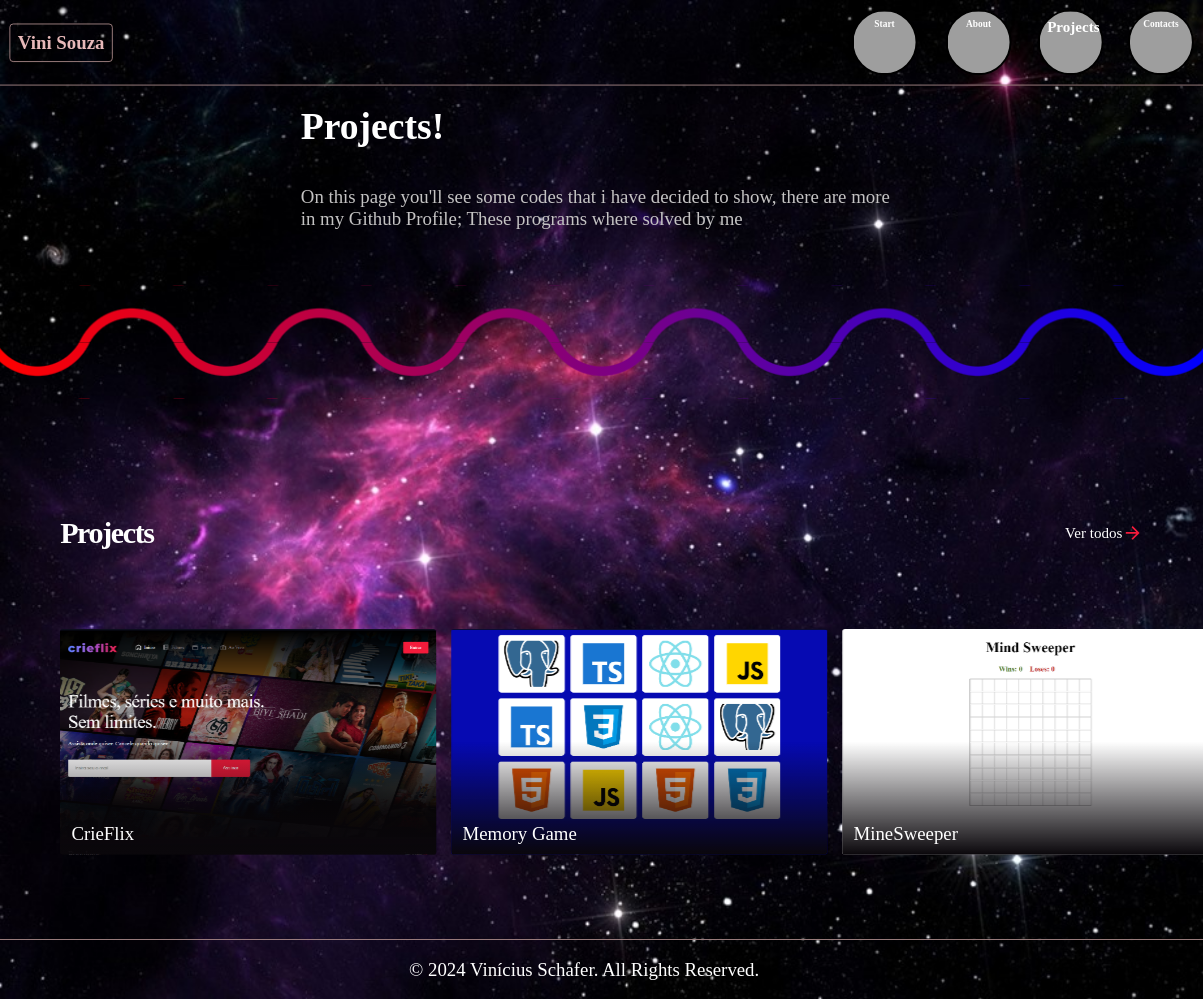
Repository: ViniSouza32/ViniSouza32.github.io
Page: ProjectsScreen/index.html
These files come from the project's save history. The page is drawn as it stood at one moment and after a run of saves; the edit follows.
The browser window is 1280 px wide. The pictures show the whole page, at 94% of full size.
Pictures or frames that could not be fetched are drawn as grey boxes.

Above is the page before, as saved 2024-08-26 01:18:17.

### ProjectsScreen/index.html
<!DOCTYPE html>
<html lang="pt-BR">
  <head>
    <meta charset="UTF-8" />
    <meta name="viewport" content="width=device-width, initial-scale=1.0" />
    <title>Projects</title>

    <link href="../styles.css" rel="stylesheet" />
    <link href="./styles.css" rel="stylesheet" />
    <link rel="stylesheet" href="componentes/cover.css">
    <link rel="stylesheet" href="componentes/slider.css">

    <link rel="icon" type="image/x-icon" href="../assets/imgs/favicon.jpg">
    <link href="https://fonts.googleapis.com/icon?family=Material+Icons" rel="stylesheet"/>
  </head>
  <body>
    <div class="header">
      <a href="index.html" class="name">Vini Souza</a>

      <ul class="list">
        <a href="../index.html" style="font-size: 10px;  padding-left: 7px">
          <li class="mercury planet">Start</li>
        </a>
        <a href="../aboutScreen/index.html" style="font-size: 10px; padding-left: 10px">
          <li class="mars planet">About</li>
        </a>
        <a
          href="./index.html"
          style="padding-left: 8px"
        >
          <li class="earth planet">Projects</li>
        </a>
        <a
          href="../contatsScreen/index.html"
          style="font-size: 10px; padding-left: 6px"
        >
          <li class="jupiter planet">Contacts</li>
        </a>
      </ul>
      <div class="menu-icon" onclick="toggleMenu()">
        <div class="bar"></div>
        <div class="bar"></div>
        <div class="bar"></div>
      </div>

    </div>

    <div class="desc">
      <h3 class="desc-title">Projects!</h3>

      <p class="desc-text">
        On this page you'll see some codes that i have decided to show,
        there are more in my Github Profile; These programs where solved by me
      </p>
    </div>
    <div class="box"></div>

    <section class="slider">
      <div class="slider__header">
          <h4 class="slider__title">Projects</h4>
            <a class="slider__more" href="seeMore.html">
              <span>Ver todos</span>
              <svg width="22" height="22" viewBox="0 0 22 22" xmlns="http://www.w3.org/2000/svg">
                <path d="M3.66536 11.9154L14.8212 11.9154L9.69703 17.0395L10.9987 18.332L18.332 10.9987L10.9987 3.66536L9.7062 4.95786L14.8212 10.082L3.66536 10.082L3.66536 11.9154Z" />
              </svg>
            </a>
      </div>
      <div class="slider__track">
          <div class="cover cover--large">
            <img class="cover__image" src="../assets/imgs/crieFlix.png" alt="CrieFlix">
            <span class="cover__title">CrieFlix</span>
          </div>
          <div class="cover cover--large">
            <img class="cover__image" src="../assets/imgs/jogoMemoria.png" alt="Memory Game">
            <span class="cover__title">Memory Game</span>
          </div>
          <div class="cover cover--large">
            <img class="cover__image" src="../assets/imgs/mindSweeper.png" alt="MineSweeper">
            <span class="cover__title">MineSweeper</span>
          </div>
          <div class="cover cover--large">
            <img class="cover__image" src="../assets/imgs/sistemaDoacoes.png" alt="Donation System">
            <span class="cover__title">Donation System</span>
          </div>
        </section>

    <div id="footer"></div>
  </body>
  <script src="../scripts/hamburgerMenu.js"></script>
  <script src="../scripts/footerGen.js"></script>
</html>

### styles.css
body {
  background-image: url("./assets/imgs/galaxyBack1024x768.jpg");
  background-color: #000;
  background-size: cover;
  margin: 0;
  padding: 0;
}

.header {
  display: flex;
  align-items: center;
  justify-content: space-between;
  color: #fff;
  border-bottom: 1px solid #a08282;
  font-size: 20px;
  font-weight: bold;
  padding: 10px;
}

.padl {
  padding-left: 45.1%;
}

.name {
  text-decoration: none;
  color: #e7b9b9;
  border: 1px solid #a08282;
  border-radius: 4px;
  padding: 8px;
  cursor: default;
}

.selected {
  background-color: #555;
}

.list {
  list-style: none;
  display: flex;
  margin: 0;
  padding: 0;
  justify-content: space-around;
}

.list li {
  margin: 0;
  padding: 8px;
  text-align: center;
}

.mercury {
  background: url(https://www.solarsystemscope.com/images/textures/full/2k_makemake_fictional.jpg);
  background-size: cover;
  border-radius: 50%;
  border: 2px solid #000;
  width: 50px;
  height: 50px;
  margin: 10px;
  animation: movimiento 10s linear 0s infinite;
  cursor: pointer;
}

.mars {
  background: url(https://s3-us-west-2.amazonaws.com/s.cdpn.io/217233/mars_texture.jpg);
  background-size: cover;
  border-radius: 50%;
  border: 2px solid #000;
  width: 50px;
  height: 50px;
  margin: 10px;
  animation: movimiento 10s linear 0s infinite;
  cursor: pointer;
}

.earth {
  background: url(https://cdn.rawgit.com/ManzDev/cursos-assets/gh-pages/css3/earth-2.jpg);
  background-size: cover;
  border-radius: 50%;
  border: 2px solid #000;
  width: 50px;
  height: 50px;
  margin: 10px;
  animation: movimiento 10s linear 0s infinite;
  cursor: pointer;
}

.jupiter {
  background: url(https://www.jpl.nasa.gov/spaceimages/images/largesize/PIA07782_hires.jpg);
  background-size: cover;
  border-radius: 50%;
  border: 2px solid #000;
  width: 50px;
  height: 50px;
  margin: 10px;
  animation: movimiento 10s linear 0s infinite;
  cursor: pointer;
}

@keyframes movimiento {
  0% {
    background-position: 0 0;
  }
  100% {
    background-position: 355px 0;
  }
}

.list {
  list-style: none;
  display: flex;
  margin: 0;
  padding: 0;
  list-style: none;
}

.list li {
  margin-left: 20px;
  padding: 8px;
}

.list a {
  text-decoration: none;
  color: #fff;
  font-size: 16px;
  font-weight: 600;
  cursor: default;
}

.list li:hover {
  background-color: #807d7d;
}

.sub-text {
  color: #c7c7c77a;
}

.text-link {
  color: #a8aafd;
  text-decoration: none;
  padding-left: 25%;
}

.name-body {
  display: flex;
  color: #fff;
  font-size: 20px;
  padding-top: 1%;
  justify-content: center;
}

.image {
  padding-left: 35%;
  max-height: 555px;
  max-width: 1000px;
}

.text {
  color: #fff;
  font-size: 20px;
  margin-top: 20px;
  margin-left: 25%;
  margin-right: 25%;
  text-decoration: none;
}

.email {
  display: inline-flex;
  align-items: center;
  justify-content: center;
  background-color: #0000006b;
  border: 2px solid #a08282;
  border-radius: 8px;
  padding: 2px 4px;
}

.box {
  --size: 50px;
  --b: 10px;
  --p: 25px;
  --R: calc(55.9px + var(--b) / 2);

  --_g: #0000 calc(99% - var(--b)), #000 calc(101% - var(--b)) 99%, #0000 101%;
  -webkit-mask: radial-gradient(
        var(--R) at left 50% bottom calc(-1 * var(--p)),
        var(--_g)
      )
      calc(50% - 2 * var(--size)) calc(50% - var(--size) / 2 - var(--b) / 2) /
      calc(4 * var(--size)) calc(var(--size) + var(--b)) repeat-x,
    radial-gradient(var(--R) at left 50% top calc(-1 * var(--p)), var(--_g)) 50%
      calc(50% + var(--size) / 2 + var(--b) / 2) / calc(4 * var(--size))
      calc(var(--size) + var(--b)) repeat-x;
  background: linear-gradient(90deg, red, blue);
  height: 200px;
}

.container-projects {
  border: 1px solid #fff;
  border-radius: 8px;
  background-color: #0000004f;
  width: 50%;
  margin-left: 25%;
  margin-bottom: 12px;
}

.conteiner-text {
  color: #fff;
  font-size: 20px;
  padding-left: 1%;
  padding-right: 1%;
}

.footer {
  display: flex;
  align-content: center ;
  border-top: 1px solid #a08282;
  color: #fff;
}

.text_footer {
  color: #fff;
  font-size: 20px;
  margin-left: 34%;
  text-decoration: none;
}

.link {
  color: #fff;
  font-size: 20px;
  text-decoration: none;
}

.links {
  color: #fff;
  text-decoration: none;
  padding-left: 10px;
}

.container-links {
  padding-left: 24%;
}

.menu-icon {
  display: none;
  cursor: pointer;
  margin-right: 15px;
}

.bar {
  width: 25px;
  height: 3px;
  background-color: #fff;
  margin: 6px 0;
  transition: 0.4s;
}

@media only screen and (max-width: 600px) {
  .list {
    display: none;
  }

  .menu-icon {
    display: block;
  }

  .container-links {
    display: flex;
    padding-left: 5%;
  }

  .list {
    display: none;
    flex-direction: column;
    position: absolute;
    top: 60px;
    right: 0;
    background-color: #333;
    padding: 10px;
    border-bottom-left-radius: 8px;
    border-bottom-right-radius: 8px;
  }

  .list li {
    margin: 5px 0;
  }

  .name-body,
  .image,
  .text,
  .container-projects,
  .footer-links {
    margin-left: 5%;
    margin-right: 5%;
  }

  .padl {
    padding-left: 5%;
  }

  .image {
    padding-left: 0;
    max-width: 100%;
  }

  .container-projects {
    width: 90%;
  }

  .list.show {
    display: flex;
  }

  .footer {
    display: none;
  }

  .desc-text {
    display: nonw;
  }

  .list li {
    margin: 10px 0;
  }
}

### ProjectsScreen/styles.css
.desc-text {
  color: #c4c3c3;
  font-size: 20px;
  margin-top: 20px;
  margin-left: 25%;
  margin-right: 25%;
  text-decoration: none;
}

.desc-title {
  color: #fff;
  font-size: 40px;
  margin-top: 20px;
  margin-left: 25%;
  margin-right: 25%;
  text-decoration: none;
}

.image-projects {
  width: 50%;
  padding-left: 25%;
  padding-top: 12px;
}

### ProjectsScreen/componentes/cover.css
.cover {
  width: 215px;
  height: 290px;
  border-radius: 3px;
  position: relative;
  background-image: linear-gradient(180deg, rgba(10, 7, 11, 0) 50%, #0A070B 100%);
  display: flex;
  align-items: flex-end;
  flex-shrink: 0;
  overflow: hidden;
}

.cover--large {
  width: 400px;
  height: 240px;
}

.cover__image {
  width: 100%;
  height: 100%;
  object-fit: cover;
  position: absolute;
  top: 0;
  left: 0;
  z-index: -1;
}

.cover__title {
  color: #ffffff;
  font-size: 20px;
  line-height: 30px;
  padding: 8px 12px;
}

@media (max-width: 480px) {
  .cover {
    width: 100px;
    height: 135px;
  }

  .cover--large {
    width: 275px;
    height: 165px;
  }

  .cover__title {
    font-size: 11px;
    line-height: 12px;
    padding: 4px;
  }
}

### ProjectsScreen/componentes/slider.css
.slider {
  margin: 40px 0 90px 0;
}

.slider__header {
  display: flex;
  justify-content: space-between;
  align-items: center;
  padding: 0 64px;
  margin-bottom: 40px;
}

.slider__title {
  color: #ffffff;
  font-size: 32px;
  line-height: 40px;
  letter-spacing: -1.5px;
}

.slider__more {
  color: #ffffff;
  font-size: 16px;
  line-height: 20px;
  text-decoration: none;
  display: flex;
  align-items: center;
}

.slider__more svg {
  fill: #F41B3B;
}

.slider__track {
  display: flex;
  overflow: scroll hidden;
  padding:0 56px;
  scrollbar-width: none;
}

.slider__track::-webkit-scrollbar {
  display: none;
}

.slider__track .cover {
  margin:0 8px;
}

@media (max-width : 480px) {
  .slider {
    margin: 32px 0;
  }

  .slider__header {
    padding: 0 24px;
    margin-bottom: 12px;
  }
  .slider__title {
    font-size: 20px;
    line-height: 32px;
  }

  .slider__more {
    font-size: 14px;
  }

  .slider__more svg {
    width: 14px;
    height: 14px;
  }

  .slider__track {
    padding:0 18px;
  }

  .slider__track .cover {
    margin: 0 6px;
  }
}

### scripts/hamburgerMenu.js
function toggleMenu() {
  let menuList = document.querySelector('.list');
  menuList.classList.toggle('show');
}

### scripts/footerGen.js
document.addEventListener("DOMContentLoaded", function () {
  let footerContent =
    '<div class="footer">' +
      '<p class="text_footer"> &copy; 2024 <a class="link" target="_blank" href="https://twitter.com/vinisouza32"> Vinícius Schafer</a>. All Rights Reserved.</p>'
    '</div>';

  let footer = document.getElementById("footer");

  footer.innerHTML = footerContent;
});

After the next 4 saves:
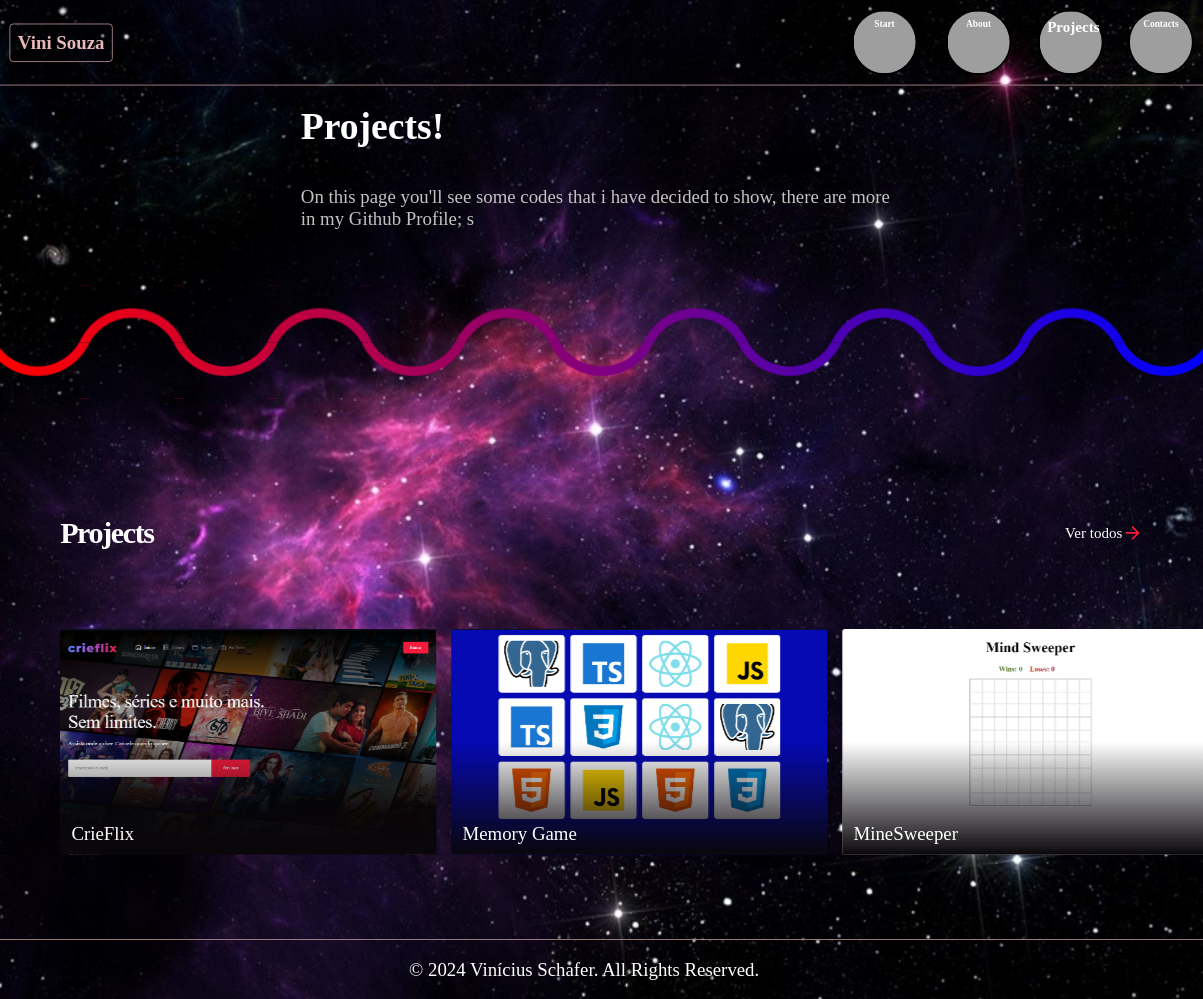
The 4 saves are shown as one change because they came seconds apart.
The last was saved 16 s later.
--- a/ProjectsScreen/index.html
+++ b/ProjectsScreen/index.html
@@ -50,7 +50,7 @@
 
       <p class="desc-text">
         On this page you'll see some codes that i have decided to show,
-        there are more in my Github Profile; These programs where solved by me
+        there are more in my Github Profile; s
       </p>
     </div>
     <div class="box"></div>
